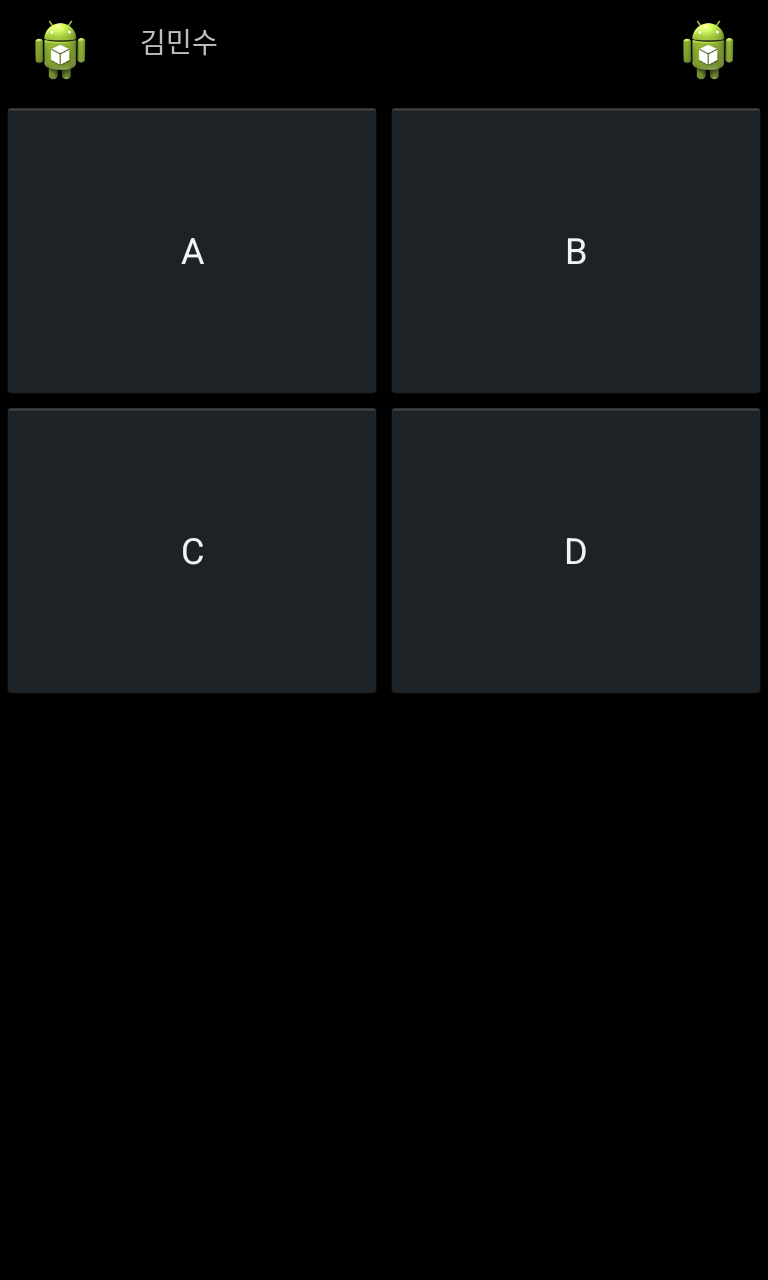
Repository: Minsu-Daniel-Kim/tipinboard1.0
Layout: TipinBoard1.0/res/layout/activity_main.xml
An editor plug-in stored every save of this project. The layout is shown before and after the next save, followed by the edit.
It is drawn on a 768 x 1280 px phone screen (xhdpi) without system bars, with theme android:Theme.Holo; the app's code is not run.

Above is the layout before, as saved 2013-04-15 09:49:21.

After the next save:
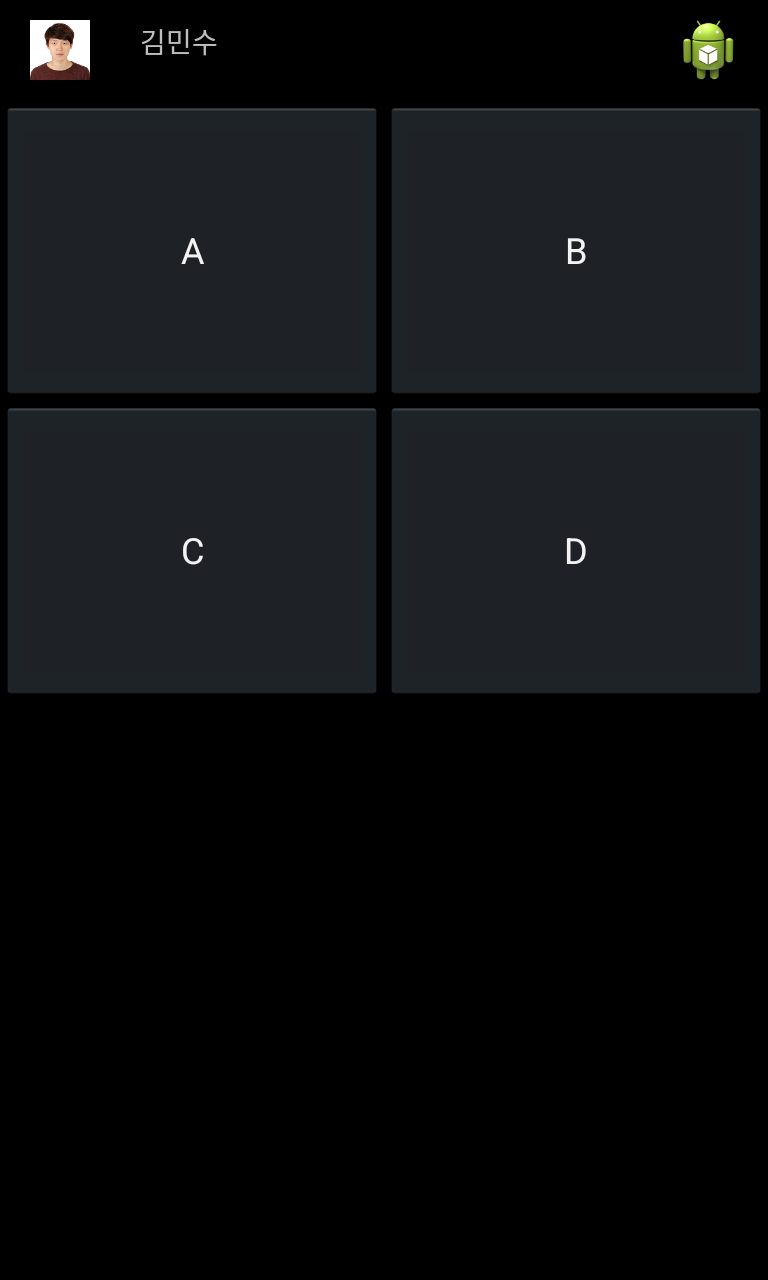
Saved 2 min 28 s later.
--- a/TipinBoard1.0/res/layout/activity_main.xml
+++ b/TipinBoard1.0/res/layout/activity_main.xml
@@ -17,7 +17,9 @@
             android:layout_alignParentBottom="true"
             android:layout_alignParentLeft="true"
             android:layout_margin="10dp"
-            android:src="@drawable/ic_launcher" />
+            android:src="@drawable/daniel"
+
+            />
 
         <TextView
             android:id="@+id/imageView1"
